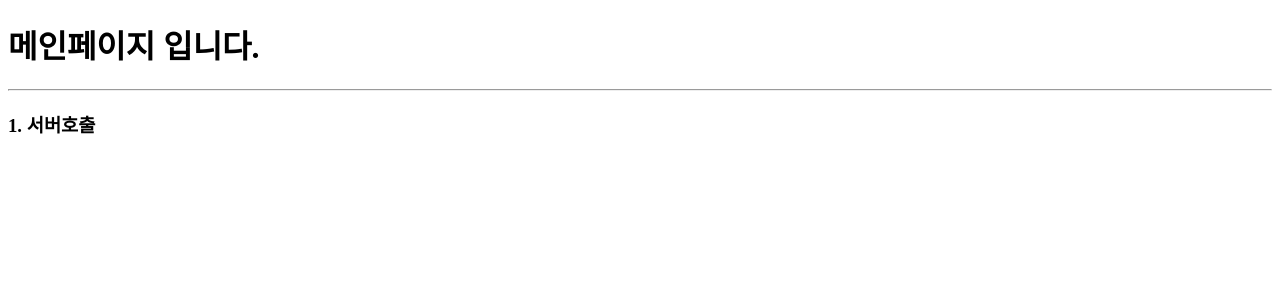
Repository: ParkHyeonju12/servlet
Page: web-workspace/02_noDbProject/src/main/webapp/index.html
An editor plug-in stored every save of this project. The page is shown before and after the next save, followed by the edit.
The browser window is 1280 px wide. The pictures show the whole page.

Above is the page before, as saved 2022-08-29 05:59:19.

### web-workspace/02_noDbProject/src/main/webapp/index.html
<!DOCTYPE html>
<html>
<head>
<meta charset="UTF-8">
<title>Insert title here</title>
</head>
<body>
	<h1>메인페이지 입니다.</h1>
	<hr>
	<h3>1. 서버호출</h3>
</body>
</html>

After the next save:
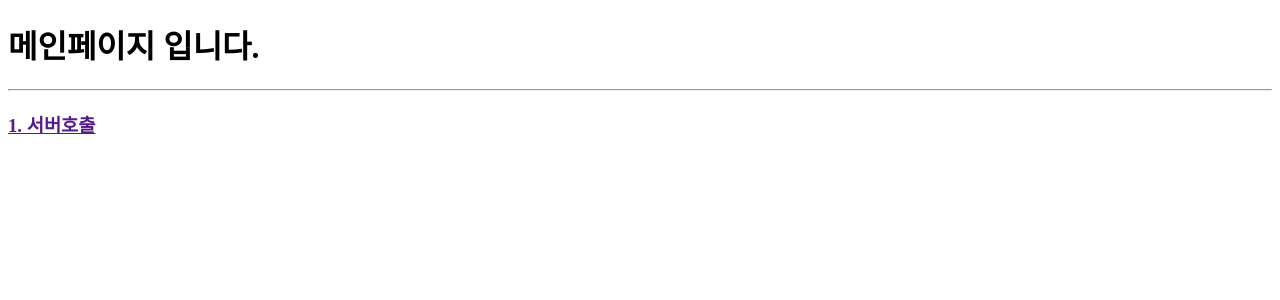
Saved 37 s later.
--- a/web-workspace/02_noDbProject/src/main/webapp/index.html
+++ b/web-workspace/02_noDbProject/src/main/webapp/index.html
@@ -7,6 +7,6 @@
 <body>
 	<h1>메인페이지 입니다.</h1>
 	<hr>
-	<h3>1. 서버호출</h3>
+	<h3><a href="">1. 서버호출</a></h3>
 </body>
 </html>
